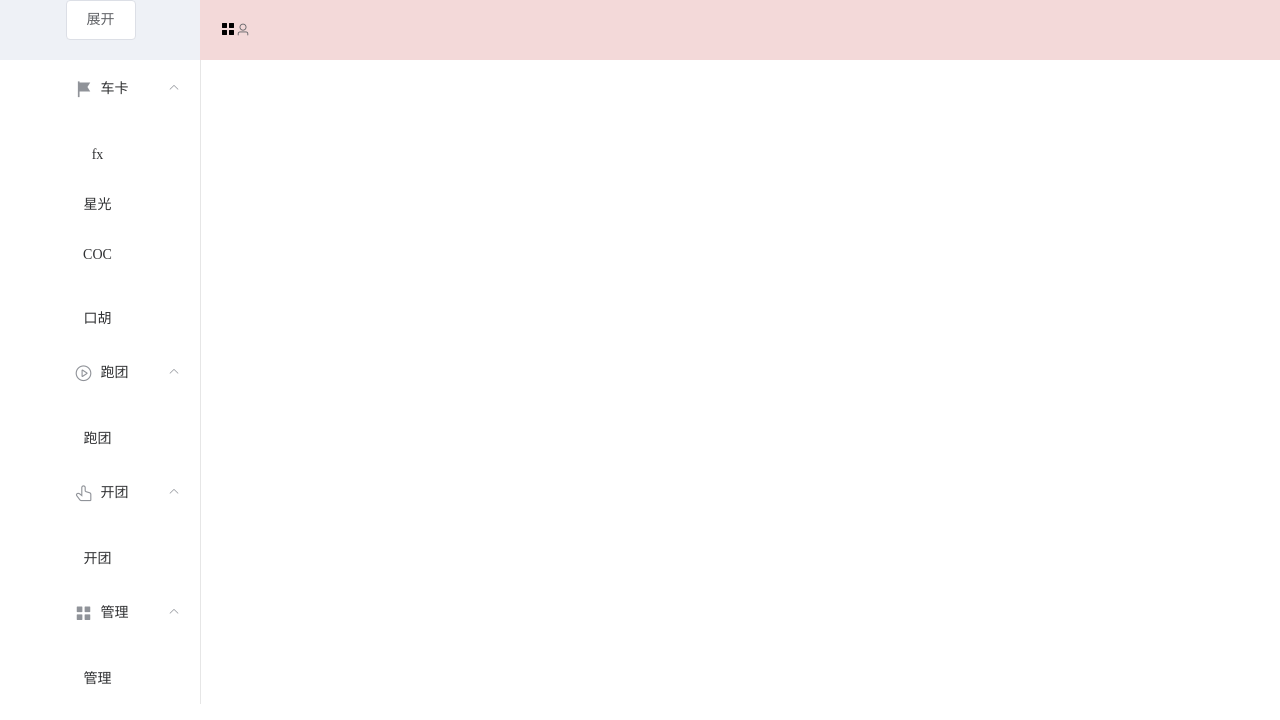
Repository: redlout/ptgkd
Page: /
The author's editor kept a copy of each file at every save. The page is drawn from the files as they stood at one save, then again after the next save.
The browser window is 1280 px wide. The pictures show the whole page.
The project was rebuilt for these pictures with package versions that can differ from the ones it lists, and the page was loaded fresh each time. Also part of the build but not shown: src/mock/mock.js, src/views/Login.vue, src/components/SvgIcon/index.vue.

Above is the page before, as saved 2019-09-02 16:42:06.

After the next save:
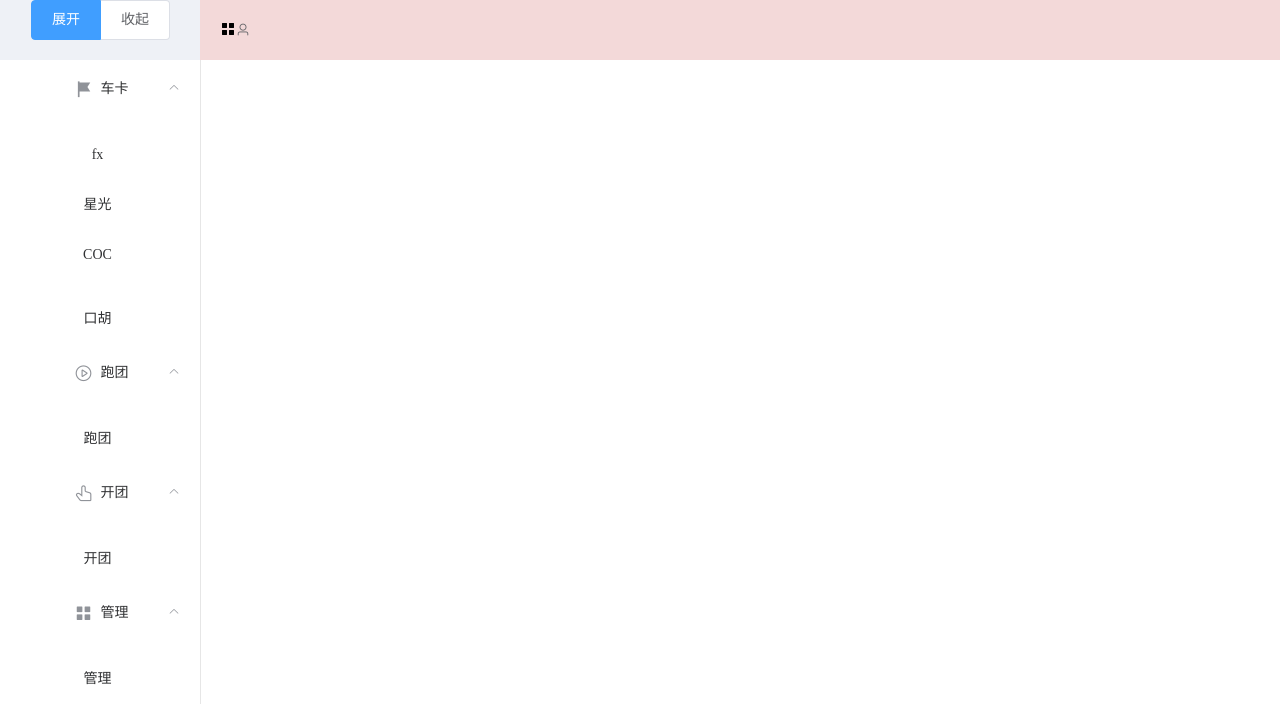
Saved 47 s later.
--- a/src/components/AsideBar/index.vue
+++ b/src/components/AsideBar/index.vue
@@ -1,7 +1,8 @@
 <template>
   <el-aside width="initial" style="background-color: rgb(238, 241, 246) ">
           <el-radio-group v-model="isCollapse" style="margin-bottom:20px;">
-        <el-radio-button :label="isCollapse?'handleOpen':'handleClose'">展开</el-radio-button>
+        <el-radio-button :label="false">展开</el-radio-button>
+        <el-radio-button :label="true">收起</el-radio-button>
       </el-radio-group>
     <el-menu
       :default-openeds="['1','2','3','4']"
